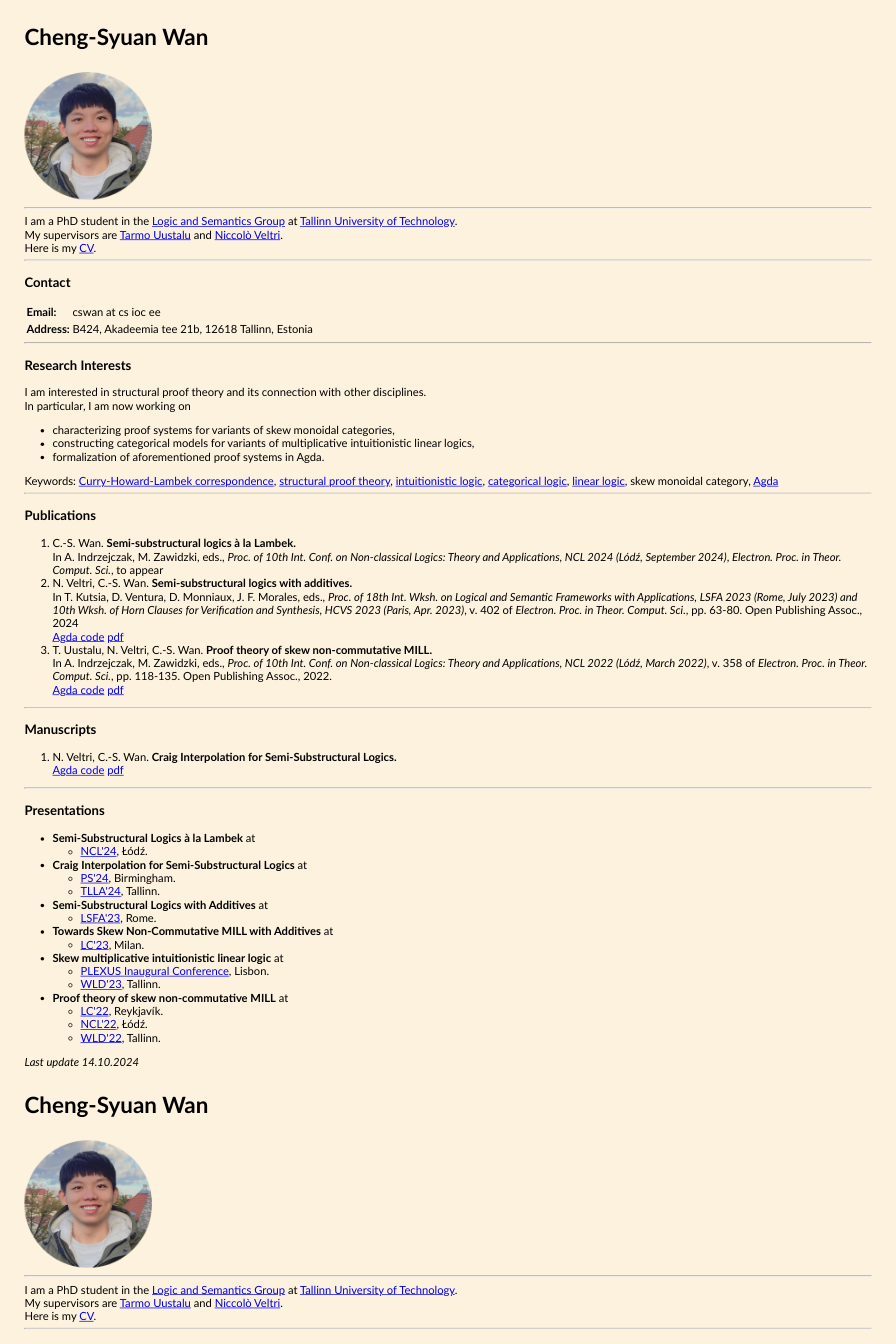
Repository: cswphilo/cswphilo.github.io
Page: index.html
An editor plug-in stored every save of this project. The page is shown before and after the next save, followed by the edit.
The browser window is 1280 px wide. The pictures show the part of the page from y = 0 to 1920 px (the page is 3059 px tall before and 1497 px after), at 70% of full size.

Above is the page before, as saved 2024-10-14 09:17:01.

### index.html
<!DOCTYPE html>

<head>
    <link rel="preconnect" href="https://fonts.googleapis.com">
    <link rel="preconnect" href="https://fonts.gstatic.com" crossorigin>
    <link href="https://fonts.googleapis.com/css2?family=Noto+Sans+Mono&display=swap" rel="stylesheet">
    <style type ="text/css">
        body {
            background-color: #fdf2de;
            font-family: 'Gill Sans', 'Gill Sans MT', Calibri, 'Trebuchet MS', sans-serif, 'Noto Sans Mono';
            font-size: medium;
            margin-left: 35px;
            margin-right: 35px;
        }
        p {
            color:#000000;
        }
    </style>
    <title> Cheng-Syuan Wan </title>
</head>
<body>
    <div><h1><p>Cheng-Syuan Wan</p></h1>
        <img src="avatar3.png" style="width:15%;height:15%;">
    </div>
    <hr/>
    <div>
        I am a PhD student in the <a href="https://cs.ioc.ee/lsg/">Logic and Semantics Group</a> at <a href="https://taltech.ee/en/">Tallinn University of Technology</a>.
        <br/>
        My supervisors are <a href="https://cs.ioc.ee/~tarmo/">Tarmo Uustalu</a> and <a href="https://niccoloveltri.github.io/">Niccolò Veltri</a>.
        <br/>
        Here is my <a href="https://cswphilo.github.io/CV.pdf">CV</a>.
    </div>
    <hr/>
    <div>
        <h3>Contact</h3>
        <table>
            <tr>
                <td><b>Email: </b></td> <td> cswan at cs ioc ee </td>
            </tr>
            <tr>
                <td><b>Address: </b></td> <td>B424, Akadeemia tee 21b, 12618 Tallinn, Estonia</td>
            </tr>
        </table>
    </div>
    <hr/>
    <div>
        <h3>Research Interests</h3>
        I am interested in structural proof theory and its connection with other disciplines.
        <br/>
        In particular, I am now working on
        <ul>
            <li>characterizing proof systems for variants of skew monoidal categories, </li>
            <li>constructing categorical models for variants of multiplicative intuitionistic linear logics, </li>
            <li>formalization of aforementioned proof systems in Agda.</li>
        </ul>
Keywords: <a href="https://en.wikipedia.org/wiki/Curry%E2%80%93Howard_correspondence">Curry-Howard-Lambek correspondence</a>, <a href="https://plato.stanford.edu/entries/proof-theory/#NewLogiCalc">structural proof theory</a>, <a href="https://plato.stanford.edu/entries/logic-intuitionistic/">intuitionistic logic</a>, <a href="https://en.wikipedia.org/wiki/Categorical_logic">categorical logic</a>, <a href="https://plato.stanford.edu/entries/logic-linear/">linear logic</a>, skew monoidal category, <a href="https://agda.readthedocs.io/en/v2.6.2.2/getting-started/what-is-agda.html">Agda</a>
    </div>
    <hr/>
    <div>
        <h3>Publications</h3>
    <ol>
        <li>C.-S. Wan. <b>Semi-substructural logics à la Lambek.</b>
        <br />
            In A. Indrzejczak, M. Zawidzki, eds., <em>Proc. of 10th Int. Conf. on Non-classical Logics: Theory and Applications, NCL 2024 (Lódź, September 2024)</em>, <em>Electron. Proc. in Theor. Comput. Sci.</em>, to appear
        <br />
            <!-- <a href="https://github.com/cswphilo/SkewMonAdd">Agda code</a>
            <a href="https://cgi.cse.unsw.edu.au/~eptcs/paper.cgi?LSFA2023.8.pdf">pdf</a> -->
        </li>
        <li>N. Veltri, C.-S. Wan. <b>Semi-substructural logics with additives.</b>
        <br />
            In T. Kutsia, D. Ventura, D. Monniaux, J. F. Morales, eds., <em>Proc. of 18th Int. Wksh. on Logical and Semantic Frameworks with Applications, LSFA 2023 (Rome, July 2023) and 10th Wksh. of Horn Clauses for Verification and Synthesis, HCVS 2023 (Paris, Apr. 2023)</em>, v. 402 of <em>Electron. Proc. in Theor. Comput. Sci.</em>, pp. 63-80. Open Publishing Assoc., 2024
        <br />
            <a href="https://github.com/cswphilo/SkewMonAdd">Agda code</a>
            <a href="https://cgi.cse.unsw.edu.au/~eptcs/paper.cgi?LSFA2023.8.pdf">pdf</a>
        </li>
        <li>T. Uustalu, N. Veltri, C.-S. Wan. <b>Proof theory of skew non-commutative MILL.</b>
        <br />
            In A. Indrzejczak, M. Zawidzki, eds., <em>Proc. of 10th Int. Conf. on Non-classical Logics: Theory and Applications, NCL 2022 (Lódź, March 2022)</em>, v. 358 of <em>Electron. Proc. in Theor. Comput. Sci.</em>, pp. 118-135. Open Publishing Assoc., 2022.
        <br />
            <a href="https://github.com/niccoloveltri/code-skewmonclosed">Agda code</a>
            <a href="https://cgi.cse.unsw.edu.au/~eptcs/paper.cgi?NCL2022.9.pdf">pdf</a>
        </li>
    </ol>
    </div>
    <hr/>
    <div>
        <h3>Manuscripts</h3>
    <ol>
        <li>N. Veltri, C.-S. Wan. <b>Craig Interpolation for Semi-Substructural Logics.</b>
        <br />
        <a href="https://github.com/niccoloveltri/code-skewmonclosed/tree/interpolation">Agda code</a>
        <a href="https://cswphilo.github.io/papers/skInterpolation.pdf" target="_blank">pdf</a>
        </li>
    </ol>
    </div>
    <hr/>
    <div>
        <h3 id="presentations">Presentations</h3>
        <ul>
           <li><b>Semi-Substructural Logics à la Lambek </b> at
                <ul>
                    <li><a href="https://easychair.org/smart-program/NCL'24/index.html">NCL'24</a>, Łódź. </li>
                </ul>
           <li><b>Craig Interpolation for Semi-Substructural Logics </b> at
                <ul>
                    <li><a href="https://proofsociety2024.com/">PS'24</a>, Birmingham. </li>
                    <li><a href="https://lipn.univ-paris13.fr/TLLA/2024/">TLLA'24</a>, Tallinn. </li>
                </ul>
           <li><b>Semi-Substructural Logics with Additives</b> at
                <ul>
                    <li><a href="https://sites.google.com/ufg.br/lsfa2023/">LSFA'23</a>, Rome. </li>
                </ul>
           <li><b>Towards Skew Non-Commutative MILL with Additives</b> at
            <ul>
                <li><a href="https://lc2023.unimi.it/">LC'23</a>, Milan. </li>
            </ul>
           <li><b>Skew multiplicative intuitionistic linear logic</b> at
            <ul>
                <li><a href="https://cful.letras.ulisboa.pt/lancog/events/plexus-inaugural-conference-24-27-may-2023/">PLEXUS Inaugural Conference</a>, Lisbon. </li>
                <li><a href="https://cs.ioc.ee/lsg/wld23/">WLD'23</a>, Tallinn. </li>
            </ul>
           </li>
           <li><b>Proof theory of skew non-commutative MILL</b> at
            <ul>
                <li><a href="http://icetcs.ru.is/lc2022/">LC'22</a>, Reykjavík. </li>
                <li><a href="https://easychair.org/smart-program/NCL'22/">NCL'22</a>, Łódź. </li>
                <li><a href="https://cs.ioc.ee/lsg/wld22/">WLD'22</a>, Tallinn. </li>
            </ul>
        </li>
        </ul>
    </div>
    <address>
        Last update 14.10.2024
    </address>
</body>
<!DOCTYPE html>

<head>
    <link rel="preconnect" href="https://fonts.googleapis.com">
    <link rel="preconnect" href="https://fonts.gstatic.com" crossorigin>
    <link href="https://fonts.googleapis.com/css2?family=Noto+Sans+Mono&display=swap" rel="stylesheet">
    <style type ="text/css">
        body {
            background-color: #fdf2de;
            font-family: 'Gill Sans', 'Gill Sans MT', Calibri, 'Trebuchet MS', sans-serif, 'Noto Sans Mono';
            font-size: medium;
            margin-left: 35px;
            margin-right: 35px;
        }
        p {
            color:#000000;
        }
    </style>
    <title> Cheng-Syuan Wan </title>
</head>
<body>
    <div><h1><p>Cheng-Syuan Wan</p></h1>
        <img src="avatar3.png" style="width:15%;height:15%;">
    </div>
    <hr/>
    <div>
        I am a PhD student in the <a href="https://cs.ioc.ee/lsg/">Logic and Semantics Group</a> at <a href="https://taltech.ee/en/">Tallinn University of Technology</a>.
        <br/>
        My supervisors are <a href="https://cs.ioc.ee/~tarmo/">Tarmo Uustalu</a> and <a href="https://niccoloveltri.github.io/">Niccolò Veltri</a>.
        <br/>
        Here is my <a href="https://cswphilo.github.io/CV.pdf">CV</a>.
    </div>
    <hr/>
    <div>
        <h3>Contact</h3>
        <table>
            <tr>
                <td><b>Email: </b></td> <td> cswan at cs ioc ee </td>
            </tr>
            <tr>
                <td><b>Address: </b></td> <td>B424, Akadeemia tee 21b, 12618 Tallinn, Estonia</td>
            </tr>
        </table>
    </div>
    <hr/>
    <div>
        <h3>Research Interests</h3>
        I am interested in structural proof theory and its connection with other disciplines.
        <br/>
        In particular, I am now working on
        <ul>
            <li>characterizing proof systems for variants of skew monoidal categories, </li>
            <li>constructing categorical models for variants of multiplicative intuitionistic linear logics, </li>
            <li>formalization of aforementioned proof systems in Agda.</li>
        </ul>
Keywords: <a href="https://en.wikipedia.org/wiki/Curry%E2%80%93Howard_correspondence">Curry-Howard-Lambek correspondence</a>, <a href="https://plato.stanford.edu/entries/proof-theory/#NewLogiCalc">structural proof theory</a>, <a href="https://plato.stanford.edu/entries/logic-intuitionistic/">intuitionistic logic</a>, <a href="https://en.wikipedia.org/wiki/Categorical_logic">categorical logic</a>, <a href="https://plato.stanford.edu/entries/logic-linear/">linear logic</a>, skew monoidal category, <a href="https://agda.readthedocs.io/en/v2.6.2.2/getting-started/what-is-agda.html">Agda</a>
    </div>
    <hr/>
    <div>
        <h3>Publications</h3>
    <ol>
        <li>C.-S. Wan. <b>Semi-substructural logics à la Lambek.</b>
        <br />
            In A. Indrzejczak, M. Zawidzki, eds., <em>Proc. of 10th Int. Conf. on Non-classical Logics: Theory and Applications, NCL 2024 (Lódź, September 2024)</em>, <em>Electron. Proc. in Theor. Comput. Sci.</em>, to appear
        <br />
            <!-- <a href="https://github.com/cswphilo/SkewMonAdd">Agda code</a>
            <a href="https://cgi.cse.unsw.edu.au/~eptcs/paper.cgi?LSFA2023.8.pdf">pdf</a> -->
        </li>
        <li>N. Veltri, C.-S. Wan. <b>Semi-substructural logics with additives.</b>
        <br />
            In T. Kutsia, D. Ventura, D. Monniaux, J. F. Morales, eds., <em>Proc. of 18th Int. Wksh. on Logical and Semantic Frameworks with Applications, LSFA 2023 (Rome, July 2023) and 10th Wksh. of Horn Clauses for Verification and Synthesis, HCVS 2023 (Paris, Apr. 2023)</em>, v. 402 of <em>Electron. Proc. in Theor. Comput. Sci.</em>, pp. 63-80. Open Publishing Assoc., 2024
        <br />
            <a href="https://github.com/cswphilo/SkewMonAdd">Agda code</a>
            <a href="https://cgi.cse.unsw.edu.au/~eptcs/paper.cgi?LSFA2023.8.pdf">pdf</a>
        </li>
        <li>T. Uustalu, N. Veltri, C.-S. Wan. <b>Proof theory of skew non-commutative MILL.</b>
        <br />
            In A. Indrzejczak, M. Zawidzki, eds., <em>Proc. of 10th Int. Conf. on Non-classical Logics: Theory and Applications, NCL 2022 (Lódź, March 2022)</em>, v. 358 of <em>Electron. Proc. in Theor. Comput. Sci.</em>, pp. 118-135. Open Publishing Assoc., 2022.
        <br />
            <a href="https://github.com/niccoloveltri/code-skewmonclosed">Agda code</a>
            <a href="https://cgi.cse.unsw.edu.au/~eptcs/paper.cgi?NCL2022.9.pdf">pdf</a>
        </li>
    </ol>
    </div>
    <hr/>
    <div>
    <ol>
         <h3>Manuscripts</h3>
         <li>N. Veltri, C.-S. Wan. <b>Craig Interpolation for Semi-Substructural Logics.</b>
         <br />
         <a href="https://github.com/niccoloveltri/code-skewmonclosed/tree/interpolation">Agda code</a>
         <a href="https://cswphilo.github.io/papers/skInterpolation.pdf" target="_blank">pdf</a>
         </li>
    </ol>
    </div>
    <hr/>
    <div>
        <h3 id="presentations">Presentations</h3>
        <ul>
           <li><b>Semi-Substructural Logics à la Lambek </b> at
                <ul>
                    <li><a href="https://easychair.org/smart-program/NCL'24/index.html">NCL'24</a>, Łódź. </li>
                </ul>
           <li><b>Craig Interpolation for Semi-Substructural Logics </b> at
                <ul>
                    <li><a href="https://proofsociety2024.com/">PS'24</a>, Birmingham. </li>
                    <li><a href="https://lipn.univ-paris13.fr/TLLA/2024/">TLLA'24</a>, Tallinn. </li>
                </ul>
           <li><b>Semi-Substructural Logics with Additives</b> at
                <ul>
                    <li><a href="https://sites.google.com/ufg.br/lsfa2023/">LSFA'23</a>, Rome. </li>
                </ul>
           <li><b>Towards Skew Non-Commutative MILL with Additives</b> at
            <ul>
                <li><a href="https://lc2023.unimi.it/">LC'23</a>, Milan. </li>
            </ul>
           <li><b>Skew multiplicative intuitionistic linear logic</b> at
            <ul>
                <li><a href="https://cful.letras.ulisboa.pt/lancog/events/plexus-inaugural-conference-24-27-may-2023/">PLEXUS Inaugural Conference</a>, Lisbon. </li>
                <li><a href="https://cs.ioc.ee/lsg/wld23/">WLD'23</a>, Tallinn. </li>
            </ul>
           </li>
           <li><b>Proof theory of skew non-commutative MILL</b> at
            <ul>
                <li><a href="http://icetcs.ru.is/lc2022/">LC'22</a>, Reykjavík. </li>
                <li><a href="https://easychair.org/smart-program/NCL'22/">NCL'22</a>, Łódź. </li>
                <li><a href="https://cs.ioc.ee/lsg/wld22/">WLD'22</a>, Tallinn. </li>
            </ul>
        </li>
        </ul>
    </div>
    <address>
        Last update 14.10.2024
    </address>
</body>

After the next save:
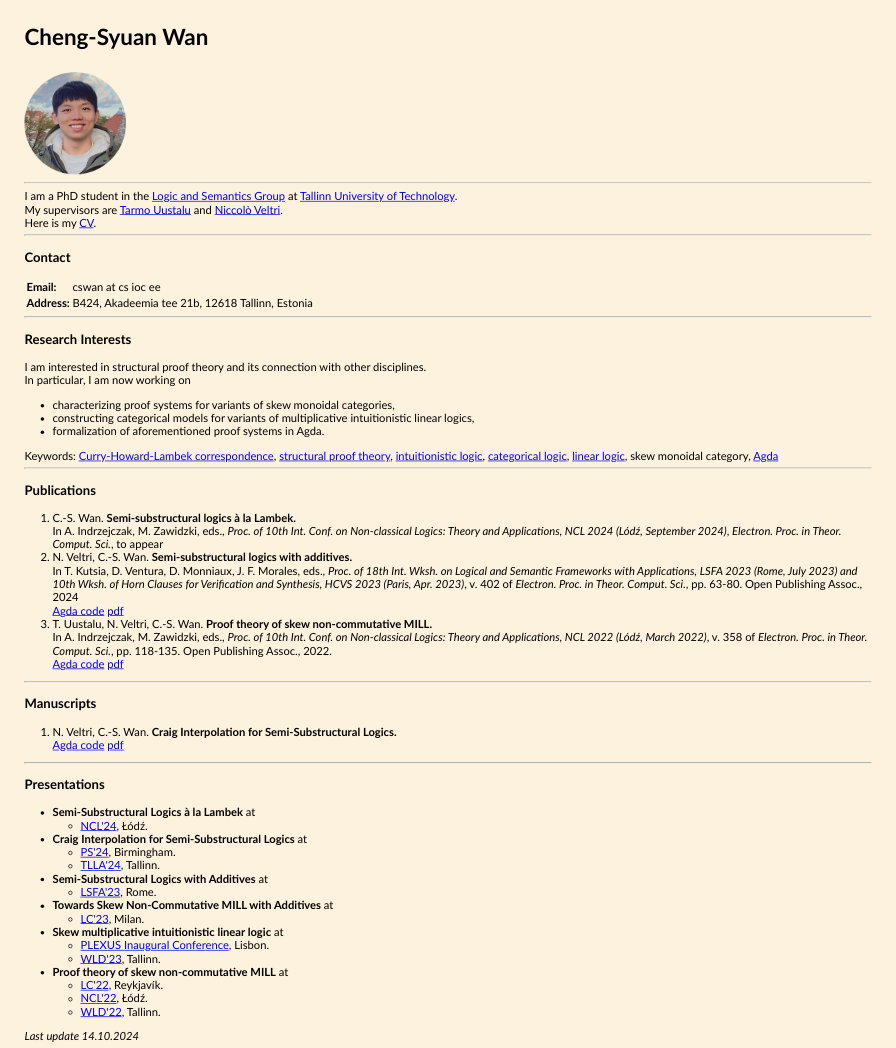
Saved 77 min 46 s later.
--- a/index.html
+++ b/index.html
@@ -20,7 +20,7 @@
 </head>
 <body>
     <div><h1><p>Cheng-Syuan Wan</p></h1>
-        <img src="avatar3.png" style="width:15%;height:15%;">
+        <img src="avatar3.png" style="width:12%;height:12%;">
     </div>
     <hr/>
     <div>
@@ -133,138 +133,3 @@
         Last update 14.10.2024
     </address>
 </body>
-<!DOCTYPE html>
-
-<head>
-    <link rel="preconnect" href="https://fonts.googleapis.com">
-    <link rel="preconnect" href="https://fonts.gstatic.com" crossorigin>
-    <link href="https://fonts.googleapis.com/css2?family=Noto+Sans+Mono&display=swap" rel="stylesheet">
-    <style type ="text/css">
-        body {
-            background-color: #fdf2de;
-            font-family: 'Gill Sans', 'Gill Sans MT', Calibri, 'Trebuchet MS', sans-serif, 'Noto Sans Mono';
-            font-size: medium;
-            margin-left: 35px;
-            margin-right: 35px;
-        }
-        p {
-            color:#000000;
-        }
-    </style>
-    <title> Cheng-Syuan Wan </title>
-</head>
-<body>
-    <div><h1><p>Cheng-Syuan Wan</p></h1>
-        <img src="avatar3.png" style="width:15%;height:15%;">
-    </div>
-    <hr/>
-    <div>
-        I am a PhD student in the <a href="https://cs.ioc.ee/lsg/">Logic and Semantics Group</a> at <a href="https://taltech.ee/en/">Tallinn University of Technology</a>.
-        <br/>
-        My supervisors are <a href="https://cs.ioc.ee/~tarmo/">Tarmo Uustalu</a> and <a href="https://niccoloveltri.github.io/">Niccolò Veltri</a>.
-        <br/>
-        Here is my <a href="https://cswphilo.github.io/CV.pdf">CV</a>.
-    </div>
-    <hr/>
-    <div>
-        <h3>Contact</h3>
-        <table>
-            <tr>
-                <td><b>Email: </b></td> <td> cswan at cs ioc ee </td>
-            </tr>
-            <tr>
-                <td><b>Address: </b></td> <td>B424, Akadeemia tee 21b, 12618 Tallinn, Estonia</td>
-            </tr>
-        </table>
-    </div>
-    <hr/>
-    <div>
-        <h3>Research Interests</h3>
-        I am interested in structural proof theory and its connection with other disciplines.
-        <br/>
-        In particular, I am now working on
-        <ul>
-            <li>characterizing proof systems for variants of skew monoidal categories, </li>
-            <li>constructing categorical models for variants of multiplicative intuitionistic linear logics, </li>
-            <li>formalization of aforementioned proof systems in Agda.</li>
-        </ul>
-Keywords: <a href="https://en.wikipedia.org/wiki/Curry%E2%80%93Howard_correspondence">Curry-Howard-Lambek correspondence</a>, <a href="https://plato.stanford.edu/entries/proof-theory/#NewLogiCalc">structural proof theory</a>, <a href="https://plato.stanford.edu/entries/logic-intuitionistic/">intuitionistic logic</a>, <a href="https://en.wikipedia.org/wiki/Categorical_logic">categorical logic</a>, <a href="https://plato.stanford.edu/entries/logic-linear/">linear logic</a>, skew monoidal category, <a href="https://agda.readthedocs.io/en/v2.6.2.2/getting-started/what-is-agda.html">Agda</a>
-    </div>
-    <hr/>
-    <div>
-        <h3>Publications</h3>
-    <ol>
-        <li>C.-S. Wan. <b>Semi-substructural logics à la Lambek.</b>
-        <br />
-            In A. Indrzejczak, M. Zawidzki, eds., <em>Proc. of 10th Int. Conf. on Non-classical Logics: Theory and Applications, NCL 2024 (Lódź, September 2024)</em>, <em>Electron. Proc. in Theor. Comput. Sci.</em>, to appear
-        <br />
-            <!-- <a href="https://github.com/cswphilo/SkewMonAdd">Agda code</a>
-            <a href="https://cgi.cse.unsw.edu.au/~eptcs/paper.cgi?LSFA2023.8.pdf">pdf</a> -->
-        </li>
-        <li>N. Veltri, C.-S. Wan. <b>Semi-substructural logics with additives.</b>
-        <br />
-            In T. Kutsia, D. Ventura, D. Monniaux, J. F. Morales, eds., <em>Proc. of 18th Int. Wksh. on Logical and Semantic Frameworks with Applications, LSFA 2023 (Rome, July 2023) and 10th Wksh. of Horn Clauses for Verification and Synthesis, HCVS 2023 (Paris, Apr. 2023)</em>, v. 402 of <em>Electron. Proc. in Theor. Comput. Sci.</em>, pp. 63-80. Open Publishing Assoc., 2024
-        <br />
-            <a href="https://github.com/cswphilo/SkewMonAdd">Agda code</a>
-            <a href="https://cgi.cse.unsw.edu.au/~eptcs/paper.cgi?LSFA2023.8.pdf">pdf</a>
-        </li>
-        <li>T. Uustalu, N. Veltri, C.-S. Wan. <b>Proof theory of skew non-commutative MILL.</b>
-        <br />
-            In A. Indrzejczak, M. Zawidzki, eds., <em>Proc. of 10th Int. Conf. on Non-classical Logics: Theory and Applications, NCL 2022 (Lódź, March 2022)</em>, v. 358 of <em>Electron. Proc. in Theor. Comput. Sci.</em>, pp. 118-135. Open Publishing Assoc., 2022.
-        <br />
-            <a href="https://github.com/niccoloveltri/code-skewmonclosed">Agda code</a>
-            <a href="https://cgi.cse.unsw.edu.au/~eptcs/paper.cgi?NCL2022.9.pdf">pdf</a>
-        </li>
-    </ol>
-    </div>
-    <hr/>
-    <div>
-    <ol>
-         <h3>Manuscripts</h3>
-         <li>N. Veltri, C.-S. Wan. <b>Craig Interpolation for Semi-Substructural Logics.</b>
-         <br />
-         <a href="https://github.com/niccoloveltri/code-skewmonclosed/tree/interpolation">Agda code</a>
-         <a href="https://cswphilo.github.io/papers/skInterpolation.pdf" target="_blank">pdf</a>
-         </li>
-    </ol>
-    </div>
-    <hr/>
-    <div>
-        <h3 id="presentations">Presentations</h3>
-        <ul>
-           <li><b>Semi-Substructural Logics à la Lambek </b> at
-                <ul>
-                    <li><a href="https://easychair.org/smart-program/NCL'24/index.html">NCL'24</a>, Łódź. </li>
-                </ul>
-           <li><b>Craig Interpolation for Semi-Substructural Logics </b> at
-                <ul>
-                    <li><a href="https://proofsociety2024.com/">PS'24</a>, Birmingham. </li>
-                    <li><a href="https://lipn.univ-paris13.fr/TLLA/2024/">TLLA'24</a>, Tallinn. </li>
-                </ul>
-           <li><b>Semi-Substructural Logics with Additives</b> at
-                <ul>
-                    <li><a href="https://sites.google.com/ufg.br/lsfa2023/">LSFA'23</a>, Rome. </li>
-                </ul>
-           <li><b>Towards Skew Non-Commutative MILL with Additives</b> at
-            <ul>
-                <li><a href="https://lc2023.unimi.it/">LC'23</a>, Milan. </li>
-            </ul>
-           <li><b>Skew multiplicative intuitionistic linear logic</b> at
-            <ul>
-                <li><a href="https://cful.letras.ulisboa.pt/lancog/events/plexus-inaugural-conference-24-27-may-2023/">PLEXUS Inaugural Conference</a>, Lisbon. </li>
-                <li><a href="https://cs.ioc.ee/lsg/wld23/">WLD'23</a>, Tallinn. </li>
-            </ul>
-           </li>
-           <li><b>Proof theory of skew non-commutative MILL</b> at
-            <ul>
-                <li><a href="http://icetcs.ru.is/lc2022/">LC'22</a>, Reykjavík. </li>
-                <li><a href="https://easychair.org/smart-program/NCL'22/">NCL'22</a>, Łódź. </li>
-                <li><a href="https://cs.ioc.ee/lsg/wld22/">WLD'22</a>, Tallinn. </li>
-            </ul>
-        </li>
-        </ul>
-    </div>
-    <address>
-        Last update 14.10.2024
-    </address>
-</body>
